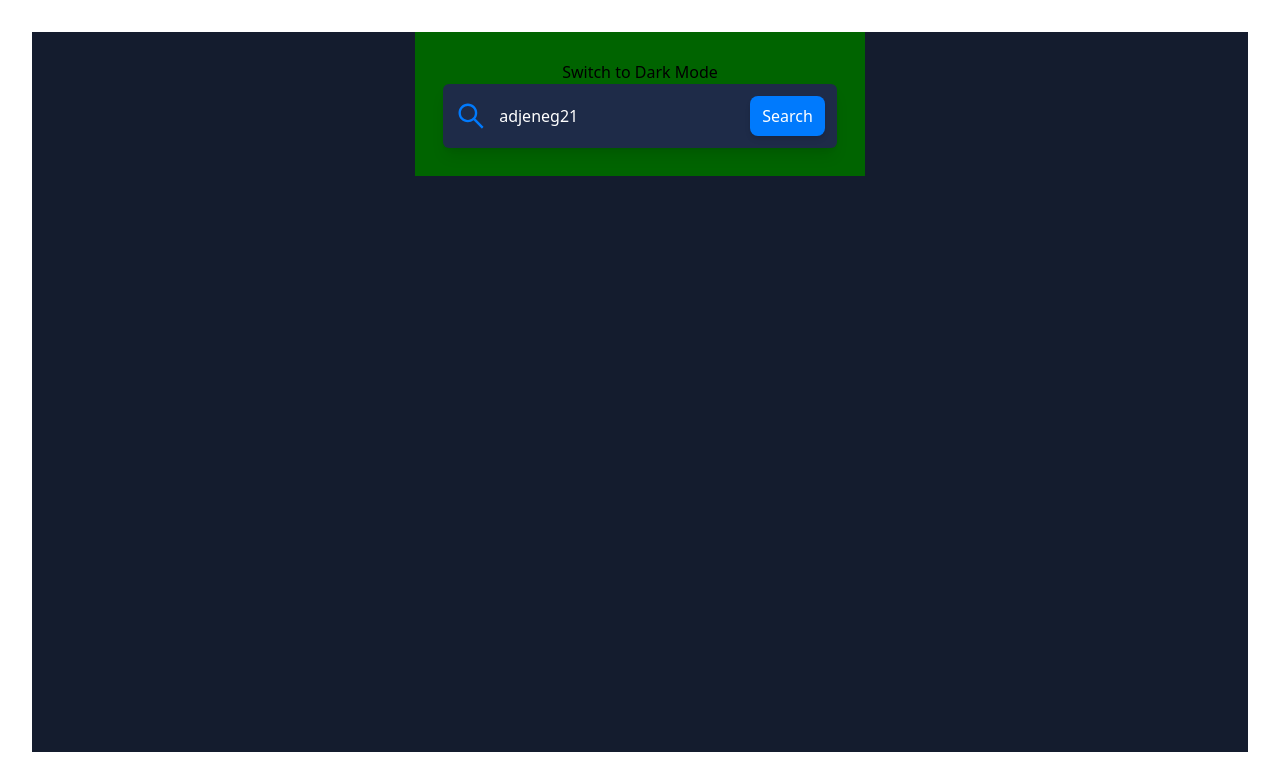
Repository: Gabriel221-dev/Git-Project
Page: /
An editor plug-in stored every save of this project. The page is shown before and after the next save, followed by the edit.
The browser window is 1280 px wide. The pictures show the whole page.
The page's requests for data from a server got no answer. The project was rebuilt for these pictures with package versions that can differ from the ones it lists, and the page was loaded fresh each time. No one was signed in, and anything a server would have sent is missing. Also part of the build but not shown: vite.config.js, src/components/Preview/Preview.jsx.

Above is the page before, as saved 2024-06-28 12:10:03.

After the next save:
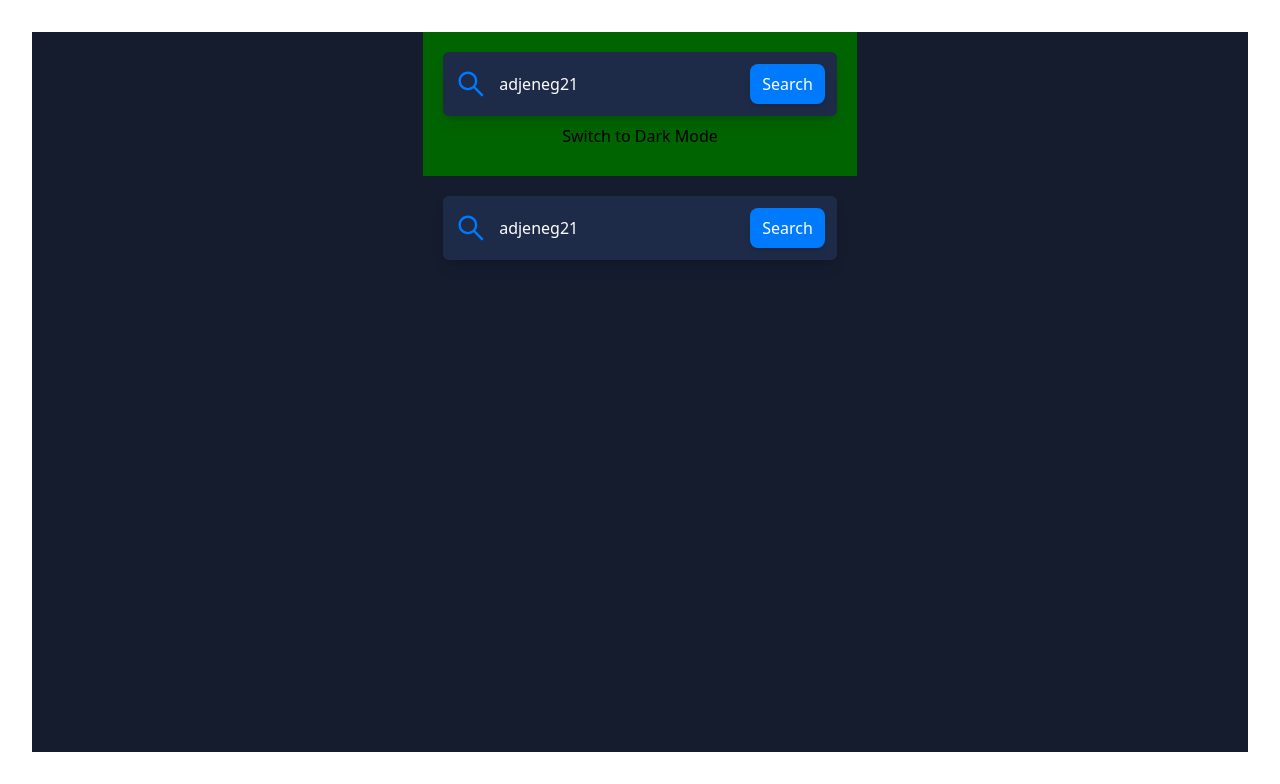
Saved 43 s later.
--- a/src/App.jsx
+++ b/src/App.jsx
@@ -65,6 +65,24 @@
               : "bg-light-green text-light-text"
           }`}
         >
+          <Search setData={setData} setIsLoading={setIsLoading} />
+          {data && (
+            <Preview
+              avatarUrl={data.avatar_url}
+              name={data.name}
+              login={data.login}
+              public_repos={data.public_repos}
+              followers={data.followers}
+              following={data.following}
+              location={data.location}
+              blog={data.blog}
+              twitter={data.twitter_username}
+              email={data.email}
+              isLoading={isLoading}
+              bio={data.bio}
+              joinedAt={new Date(data.created_at).toLocaleDateString()}
+            />
+          )}
           <button
             onClick={toggleTheme}
             className={`${
@@ -74,26 +92,26 @@
             } p-2 rounded-md`}
           >
             Switch to {isDarkMode ? "Light" : "Dark"} Mode
-            <Search setData={setData} setIsLoading={setIsLoading} />
-            {data && (
-              <Preview
-                avatarUrl={data.avatar_url}
-                name={data.name}
-                login={data.login}
-                public_repos={data.public_repos}
-                followers={data.followers}
-                following={data.following}
-                location={data.location}
-                blog={data.blog}
-                twitter={data.twitter_username}
-                email={data.email}
-                isLoading={isLoading}
-                bio={data.bio}
-                joinedAt={new Date(data.created_at).toLocaleDateString()}
-              />
-            )}
           </button>
         </div>
+        <Search setData={setData} setIsLoading={setIsLoading} />
+        {data && (
+          <Preview
+            avatarUrl={data.avatar_url}
+            name={data.name}
+            login={data.login}
+            public_repos={data.public_repos}
+            followers={data.followers}
+            following={data.following}
+            location={data.location}
+            blog={data.blog}
+            twitter={data.twitter_username}
+            email={data.email}
+            isLoading={isLoading}
+            bio={data.bio}
+            joinedAt={new Date(data.created_at).toLocaleDateString()}
+          />
+        )}
       </div>
     </div>
   );
